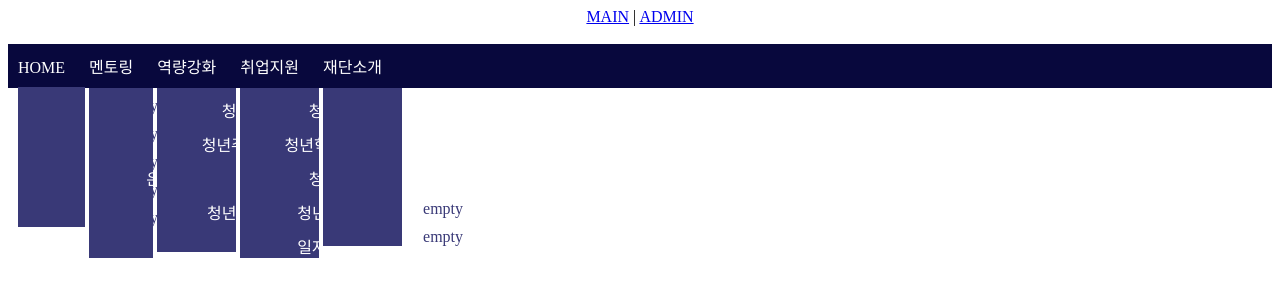
Repository: nywogud/promoPoli
Page: http://localhost/poli/WEB-INF/views/home.jsp
An editor plug-in stored every save of this project. The page is shown before and after the next save, followed by the edit.
The browser window is 1280 px wide. The pictures show the whole page.
The page is served by Tomcat 9. Nobody is signed in. The template is opened directly, without the code that normally fills it, so the values that code supplies are empty.

Above is the page before, as saved 2021-06-30 07:53:50.

After the next save:
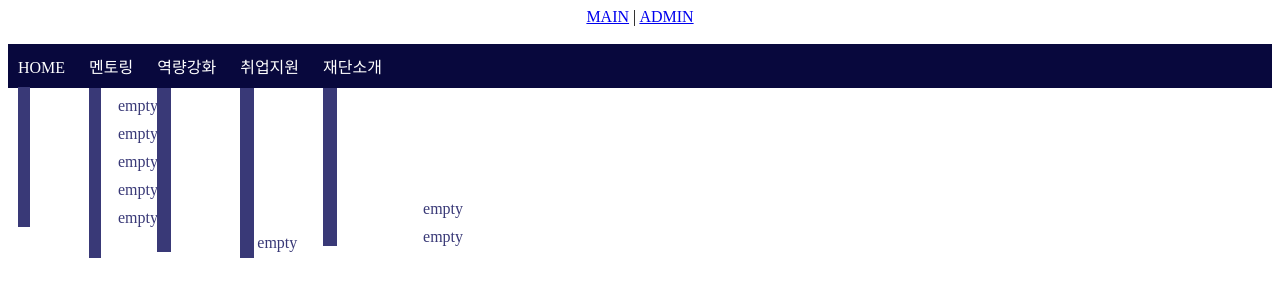
Saved 22 s later.
--- a/workspace/poli/src/main/webapp/WEB-INF/views/home.jsp
+++ b/workspace/poli/src/main/webapp/WEB-INF/views/home.jsp
@@ -33,7 +33,7 @@ ul.main>li ul.sub {
 	background: rgb(57, 57, 119);
 	text-align: center;
 	margin-top: 10px;
-	width: 100%;
+	width: 18%;
 
 }
 
